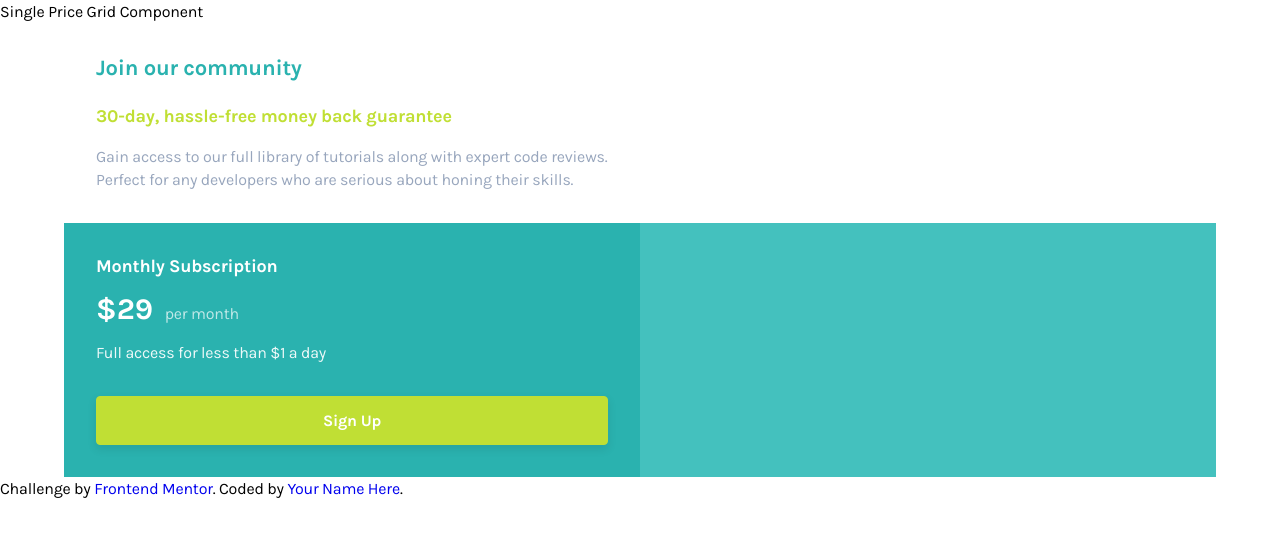
Repository: bangjuyoung/bangjuyoung
Page: practice/frontend-mentor/single-price-grid-component/index.html
The author's editor kept a copy of each file at every save. The page is drawn from the files as they stood at one save, then again after the next save.
The browser window is 1280 px wide. The pictures show the whole page.

Above is the page before, as saved 2019-06-16 14:55:28.

After the next save:
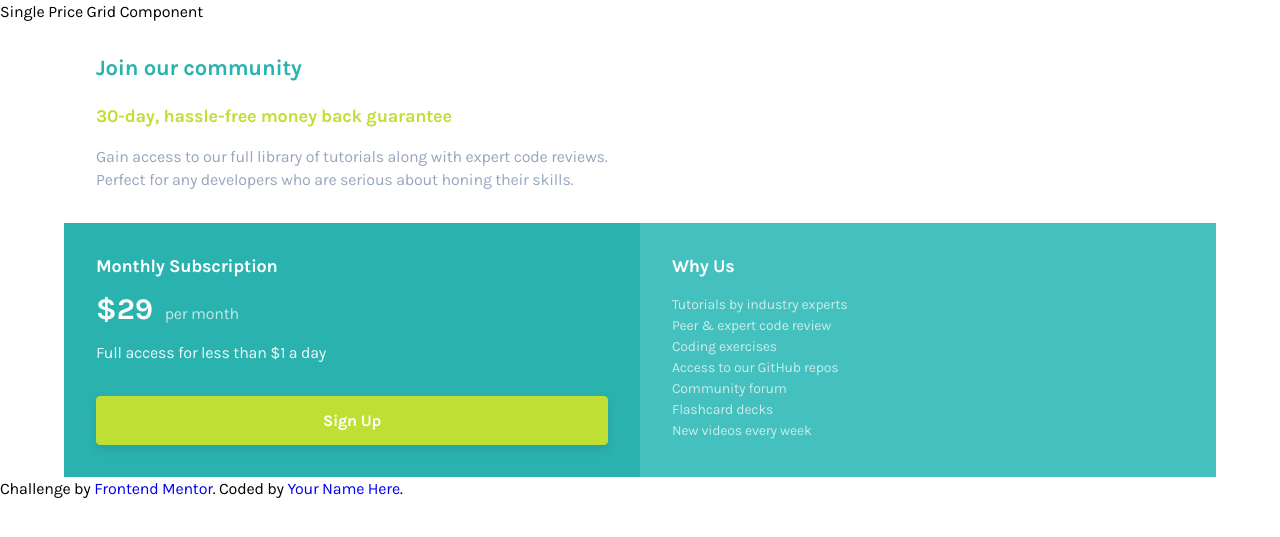
Saved 42 s later.
--- a/practice/frontend-mentor/single-price-grid-component/default.css
+++ b/practice/frontend-mentor/single-price-grid-component/default.css
@@ -90,6 +90,8 @@ body {
     }
 
     .single-price__secondary .single-price {
+        z-index: 1;
+        position: relative;
         float: left;
         width: 50%;
     }
